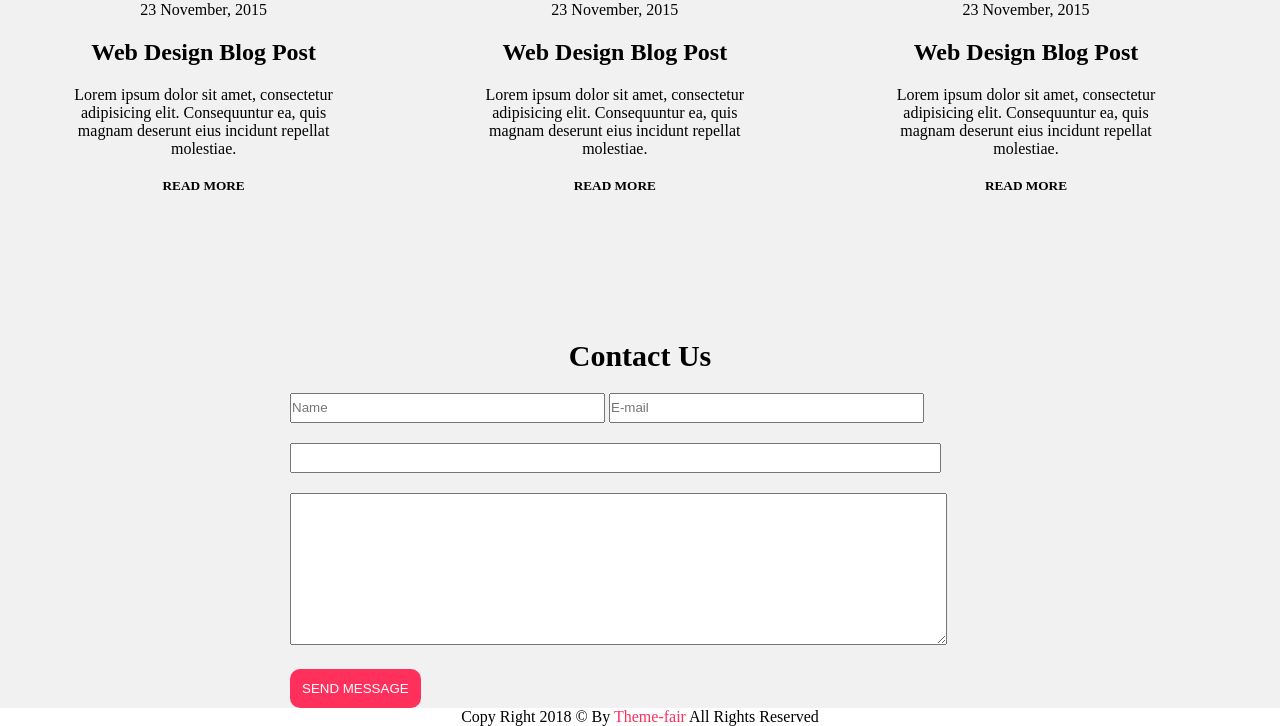
Repository: Ahmedalid/New-project
Page: Rout/index.html
An editor plug-in stored every save of this project. The page is shown before and after a run of saves, followed by the edit.
The browser window is 1280 px wide. The pictures show the part of the page from y = 3461 to 4207 px (the page is 4187 px tall before and 4207 px after).
A picture or video elsewhere on the page could not be fetched, so the positions and the page height are approximate.

Above is the page before, as saved 2023-05-24 19:58:58.

After the next 2 saves:
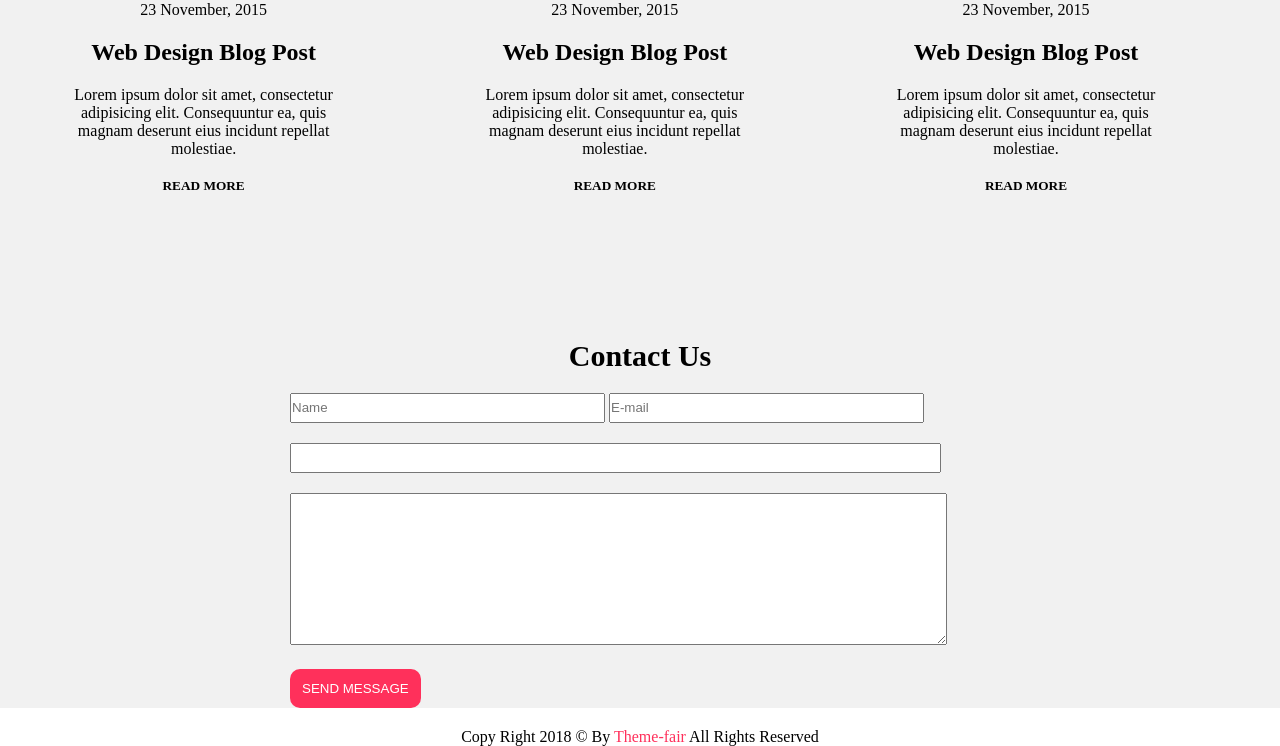
The 2 saves are shown as one change because they came seconds apart.
The last was saved 17 s later.
--- a/Rout/index.html
+++ b/Rout/index.html
@@ -249,7 +249,7 @@
             </div>
         </section>
     </div>
-    <footer>
+    <footer class="mt">
         <div class="text-center">
             <span></span>
 
